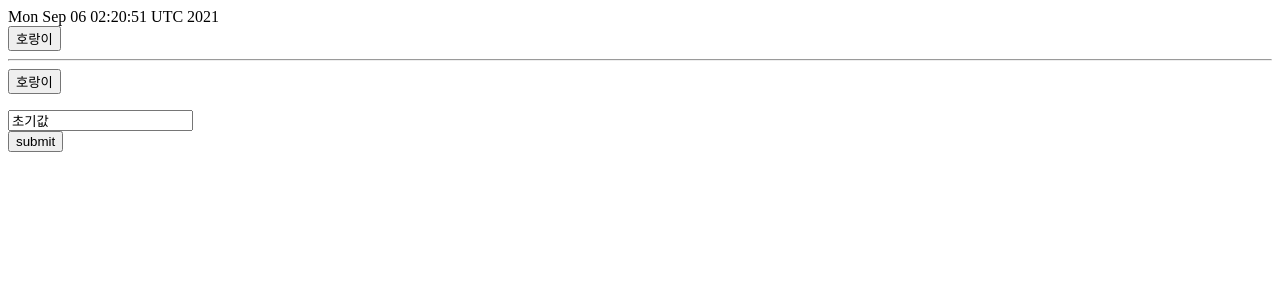
Repository: soobin10236/Class
Page: http://localhost/Web10/
The author's editor kept a copy of each file at every save. The page is drawn from the files as they stood at one save, then again after the next save.
The browser window is 1280 px wide. The pictures show the whole page.
The page is served by Tomcat 9. Other server files are loaded and not shown.

Above is the page before, as saved 2021-09-08 02:45:08.

### Web10/src/main/webapp/index.jsp

<%@page import="java.util.Date"%>
<%@ page language="java" contentType="text/html; charset=EUC-KR"
	pageEncoding="EUC-KR"%>
<!DOCTYPE html>
<html>
<head>
<meta charset="EUC-KR">
<title>Insert title here</title>
</head>

<body>
	<%--

	<!-- ex) -->

	<% Date date = new Date(); %>
	<%= date %><br/>

	--%>

	<!-- ex8) html tag-->
	<% Date date = new Date(); %>
	<%= date %><br/>
	<button>호랑이</button>
	<hr/>
	<button>호랑이</button><p>
	<input type="text" value="초기값"/><br/>
	<input type="submit" value="submit"/>

	<%-- <!-- ex7) JSP for문-->
	<body bgcolor = <%="green" %>>
	<% Date date = new Date(); %>
	<%= date %>

	<%
		String[] name = {"호랑이","독수리","원숭이","코끼리"};
	%>

	<table border="1" width="200">
	<%for(int i = 0; i < name.length; i++){ %>
		<tr>
			<%
				int temp = i * 10;
			%>
			<td><%=temp %></td>
			<td><%=name[i] %></td>
		</tr>
	<%} %>
	</table> --%>

	<%-- <!-- ex6) 테이블 출력 -->
	<% Date date = new Date(); %>
	<%= date %>
	<table border="1" width="200">
		<tr>
			<td><%=1 %></td>
			<td><%="호랑이" %></td>
		</tr>
		<tr>
			<td><%=2 %></td>
			<td><%="코끼리" %></td>
		</tr>
		<tr>
			<td><%=3 %></td>
			<td><%="독수리" %></td>
		</tr>
	</table> --%>


	<%-- <!-- ex5) import -->
	<% //java.util.Date date = new java.util.Date(); %>

	<%//@ page import = "java.util.*" %>
	<% Date date = new Date(); %>
	<%= date %> --%>


	<%-- <!-- ex4) JSP 선언문(함수작성) -->
	<h1>호랑이</h1>
	<%!
		void f1(javax.servlet.jsp.JspWriter out){
			try{
			out.print("method call");
			} catch(Exception e){
				e.printStackTrace();
			}
		}

		int f2(){
			return 999;
		}
	%>
	<%
		f1(out);

	// 표현식에는 ; 들어가면 안됨!
	%>
	<br/>
	<%=f2() %> --%>


	<%-- <!-- ex3) JSP 표현식 -->
	<h1>호랑이</h1>
	<%
		int num = 0;
		String s = "호랑이";
	%>
	출력 1 : <%=num %><br/>
	출력 2 : <%=s %><br/>	 --%>

	<%-- <!-- ex2) JSP 출력-->
	<h1>호랑이</h1>
	<%
		int num = 0;
		String s = "호랑이";
		out.println(num + "<br/>");
		out.println(s);
	%> --%>




	<%-- <!-- ex1) JSP 기초 4가지 -->
	1번 스크립트 릿 -> 자바코드 작성
	<% %>

	2번 표현식 -> 웹페이지에 출력 용도
	<%= %>

	3번 선언문(함수 작성) -> 잘 쓰이지 않는다.
	<%! %>

	4번 주석 잡기 <%-- -->
	자바코드 안에서는 자바에서 처럼 주석 잡으면 됨 --%>

</body>

</html>

After the next save:
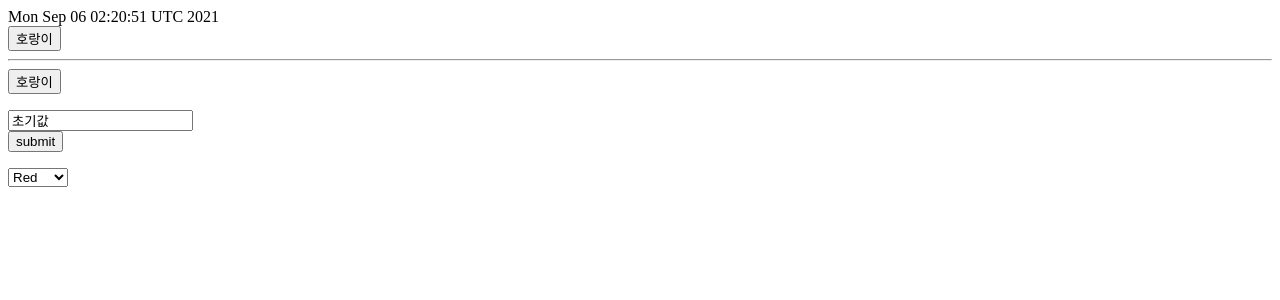
Saved 88 s later.
--- a/Web10/src/main/webapp/index.jsp
+++ b/Web10/src/main/webapp/index.jsp
@@ -26,7 +26,13 @@
 	<hr/>
 	<button>호랑이</button><p>
 	<input type="text" value="초기값"/><br/>
-	<input type="submit" value="submit"/>
+	<input type="submit" value="submit"/><br/>
+	<p>
+	<select name ="color">
+		<option value="red" selected>Red</option>
+		<option value="blue">Blue</option>
+		<option value="green">Green</option>
+	</select>
 
 	<%-- <!-- ex7) JSP for문-->
 	<body bgcolor = <%="green" %>>
